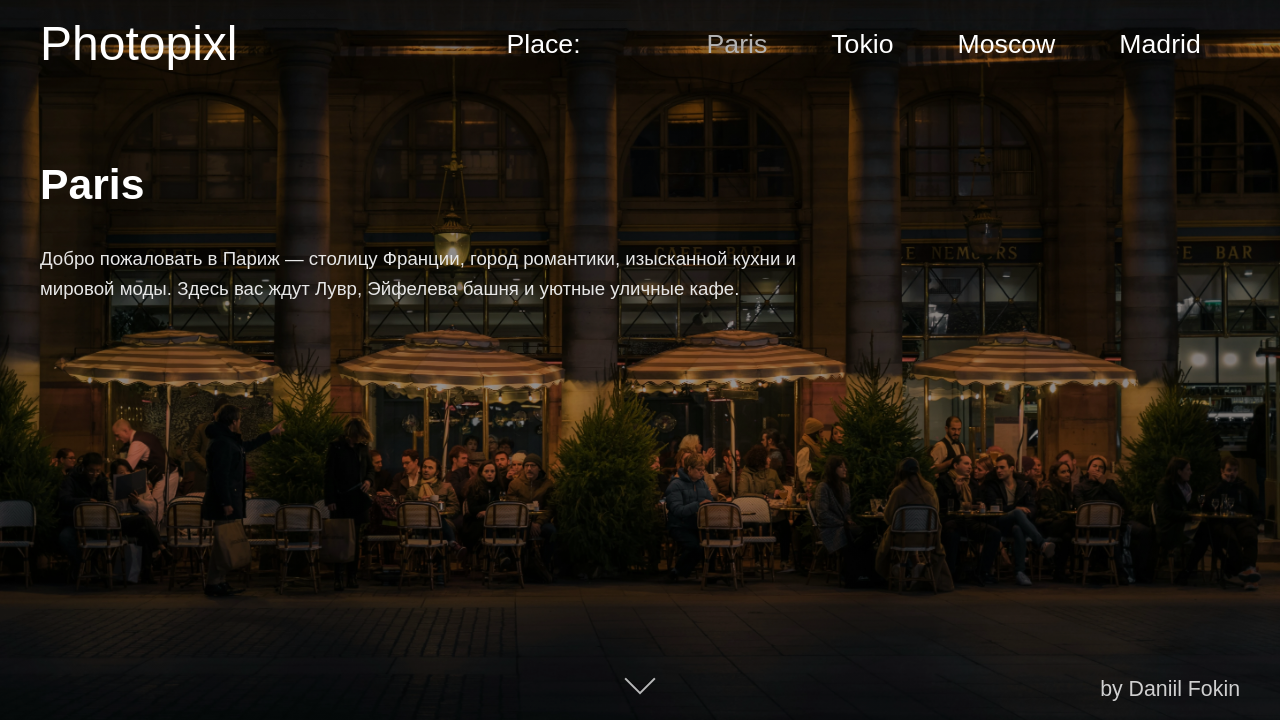
Repository: git-daniil/place-site
Page: index.html
These files come from the project's save history. The page is drawn as it stood at one moment and after the next save; the edit follows.
The browser window is 1280 px wide. The pictures show the whole page.
Backgrounds fixed to the window are drawn as part of the page. Some web fonts or font styles are not loaded; a fallback is used.

Above is the page before, as saved 2026-05-20 14:09:16.

After the next save:
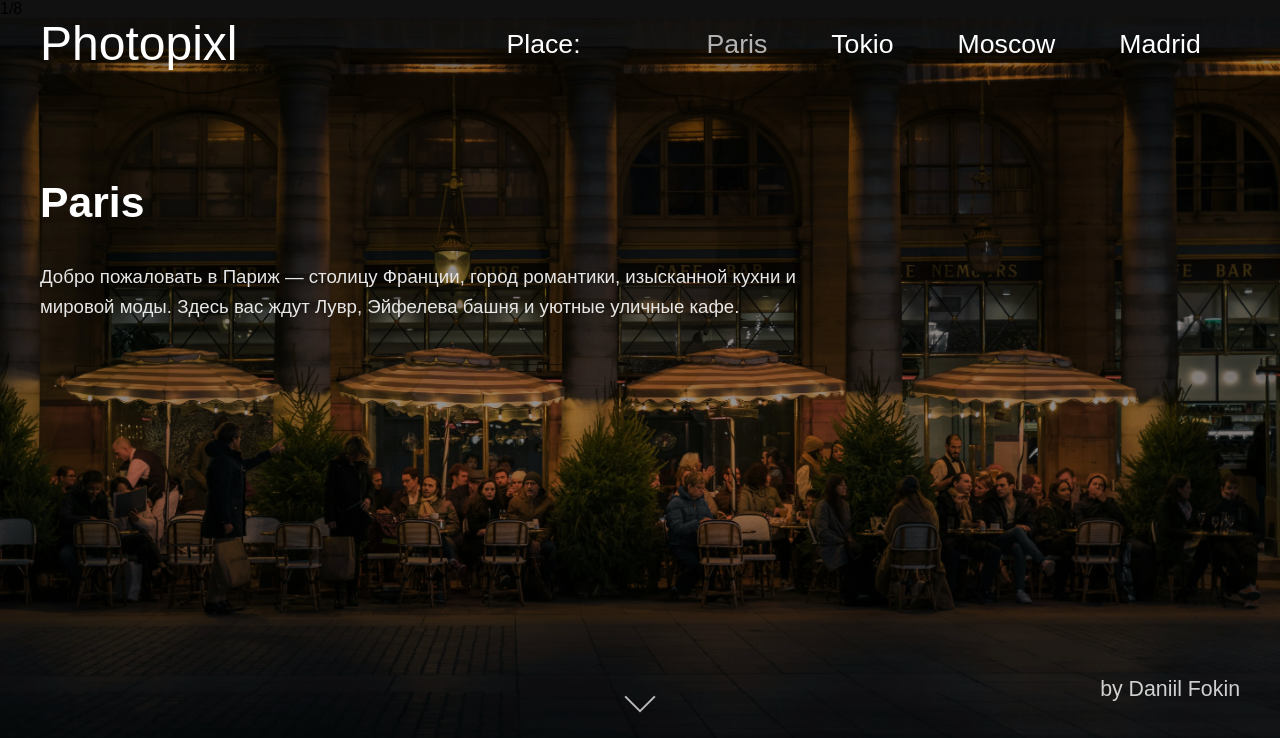
Saved 2 min 7 s later.
--- a/index.html
+++ b/index.html
@@ -16,6 +16,7 @@
         </div>
     </div>
 
+    <div class="slide-counter">1/8</div>
     <div class="author-label">by Daniil Fokin</div>
 
     <div class="page-wrapper">
@@ -143,6 +144,11 @@
 
             sections[currentSection].scrollIntoView({ behavior: 'smooth' });
 
+            const counter = document.querySelector('.slide-counter');
+            if (counter) {
+                counter.textContent = `${currentSection + 1}/${sections.length}`;
+            }
+
             const scrollHint = document.querySelector('.scroll-hint');
             if (scrollHint && currentSection > 0) {
                 scrollHint.classList.add('hide');

After the save that followed:
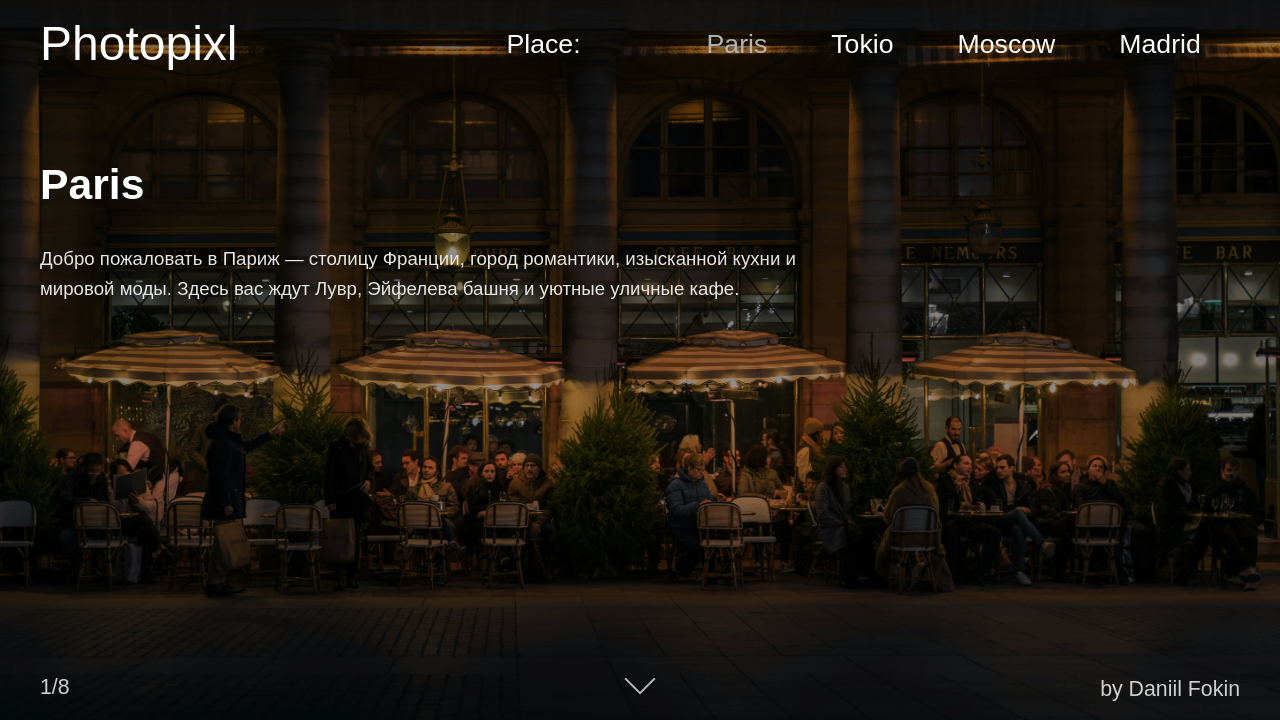
Saved 7 s later.
--- a/style.css
+++ b/style.css
@@ -182,7 +182,24 @@ body.paris-page .author-label {
     z-index: 10;
 }
 
-body.paris-page .page-wrapper:not(.loaded) ~ .author-label {
+.slide-counter {
+    display: none;
+}
+
+body.paris-page .slide-counter {
+    display: block;
+    position: fixed;
+    bottom: 20px;
+    left: 40px;
+    font-family: 'Seenonim', sans-serif;
+    font-size: 16pt;
+    color: #ffffff;
+    opacity: 0.8;
+    z-index: 10;
+}
+
+body.paris-page .page-wrapper:not(.loaded) ~ .author-label,
+body.paris-page .page-wrapper:not(.loaded) ~ .slide-counter {
     opacity: 0;
 }
 
